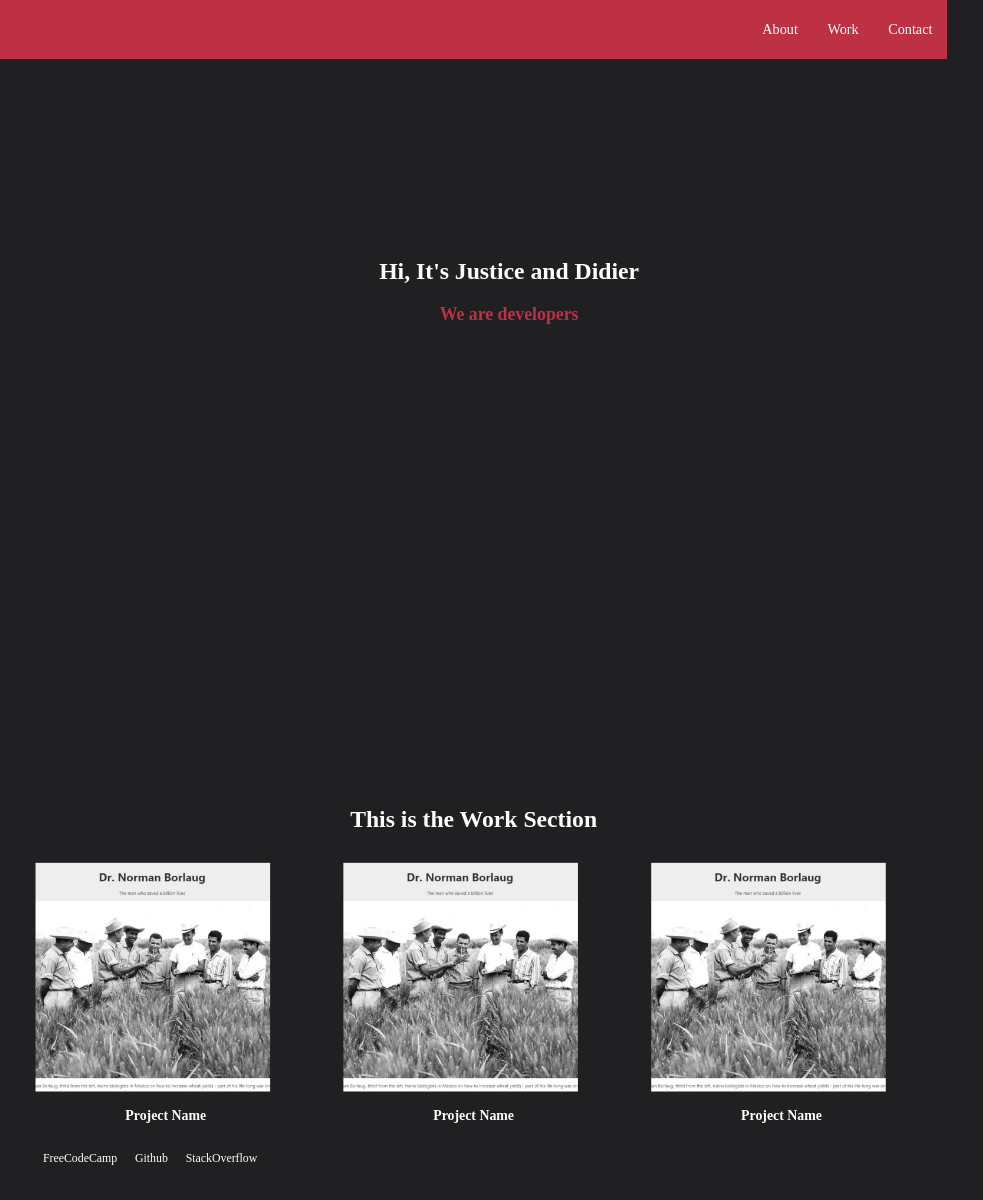
Repository: justicebhekani88/microverse_portfolio_project
Page: index.html
These files come from the project's save history. The page is drawn as it stood at one moment and after the next save; the edit follows.
The browser window is 1280 px wide. The page is 1328 px wide, so the pictures cover 1328 px, including what lies to the right of the window. The pictures show the whole page, at 74% of full size.

Above is the page before, as saved 2022-07-21 15:22:54.

After the next save:
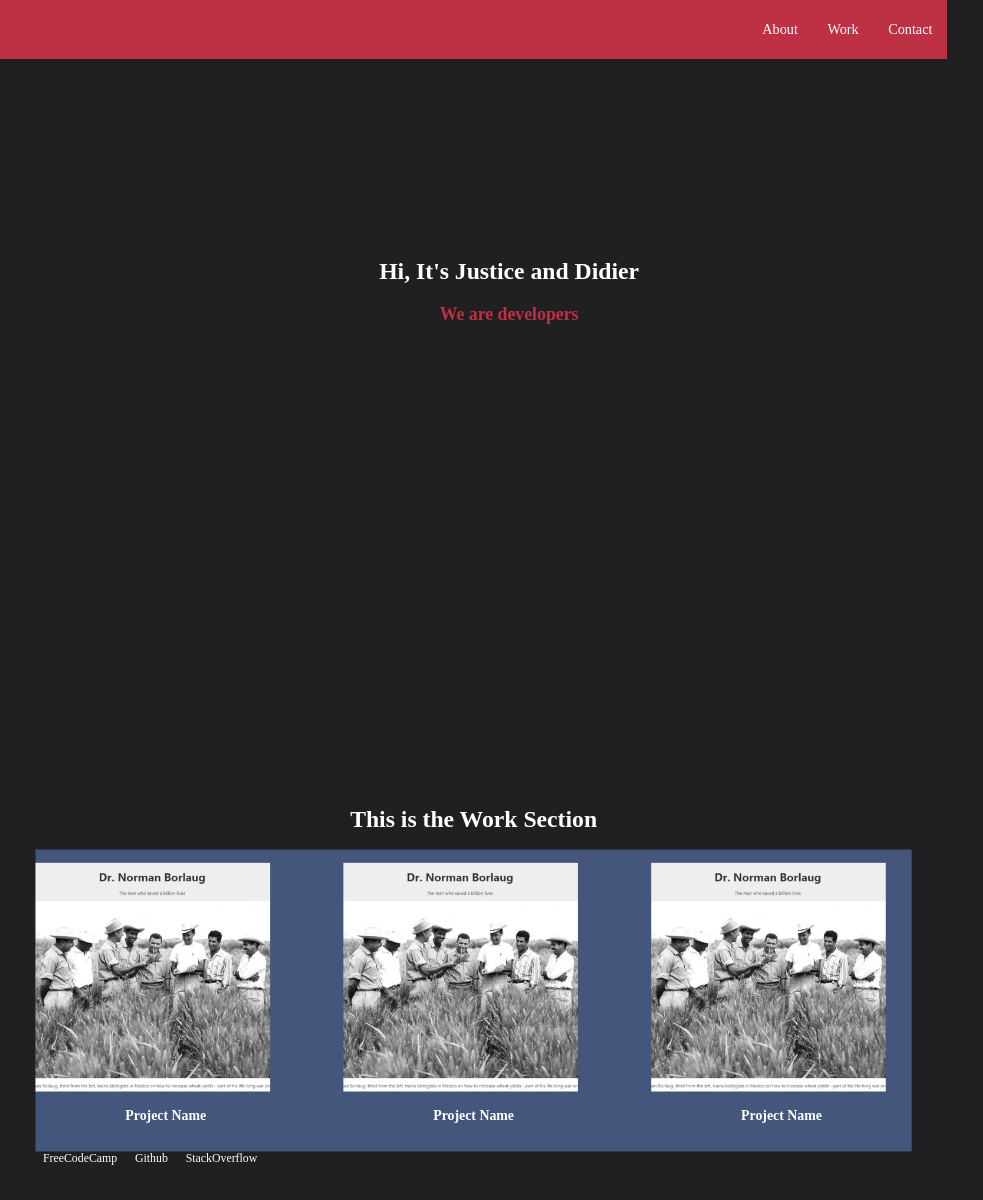
Saved 27 s later.
--- a/style.css
+++ b/style.css
@@ -59,6 +59,7 @@ h3 {
     display: grid;
     grid-template-columns: repeat(auto-fit, minmax(320px, 1fr));
     grid-gap: 4rem;
+    background: #45567D;
 }
 
 img {
